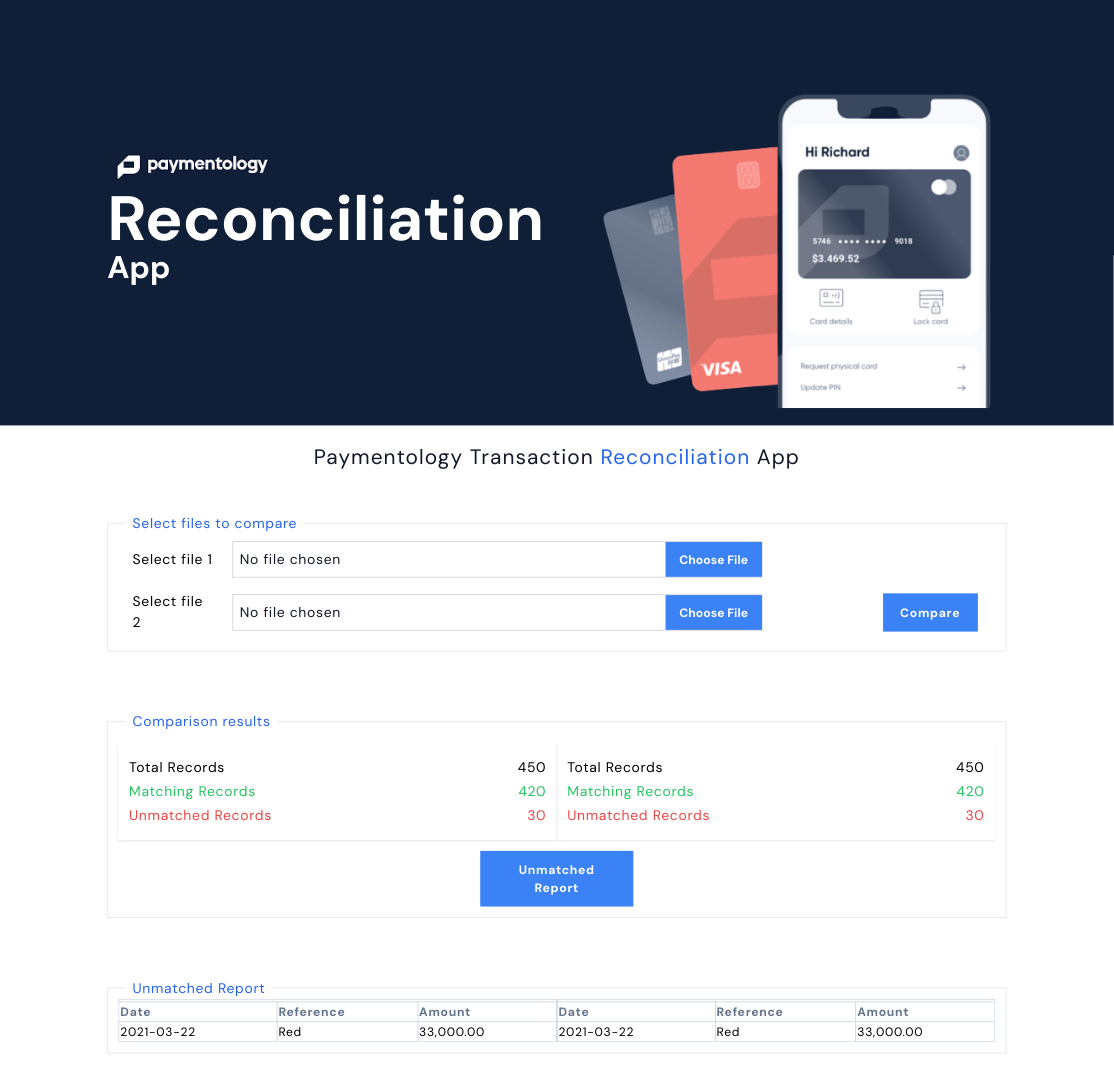
Repository: chionye/paymentology-front
Page: /
An editor plug-in stored every save of this project. The page is shown before and after the next save, followed by the edit.
The browser window is 1280 px wide. The pictures show the whole page, at 87% of full size.
The project was rebuilt for these pictures with package versions that can differ from the ones it lists, and the page was loaded fresh each time.

Above is the page before, as saved 2022-03-20 13:50:08.

After the next save:
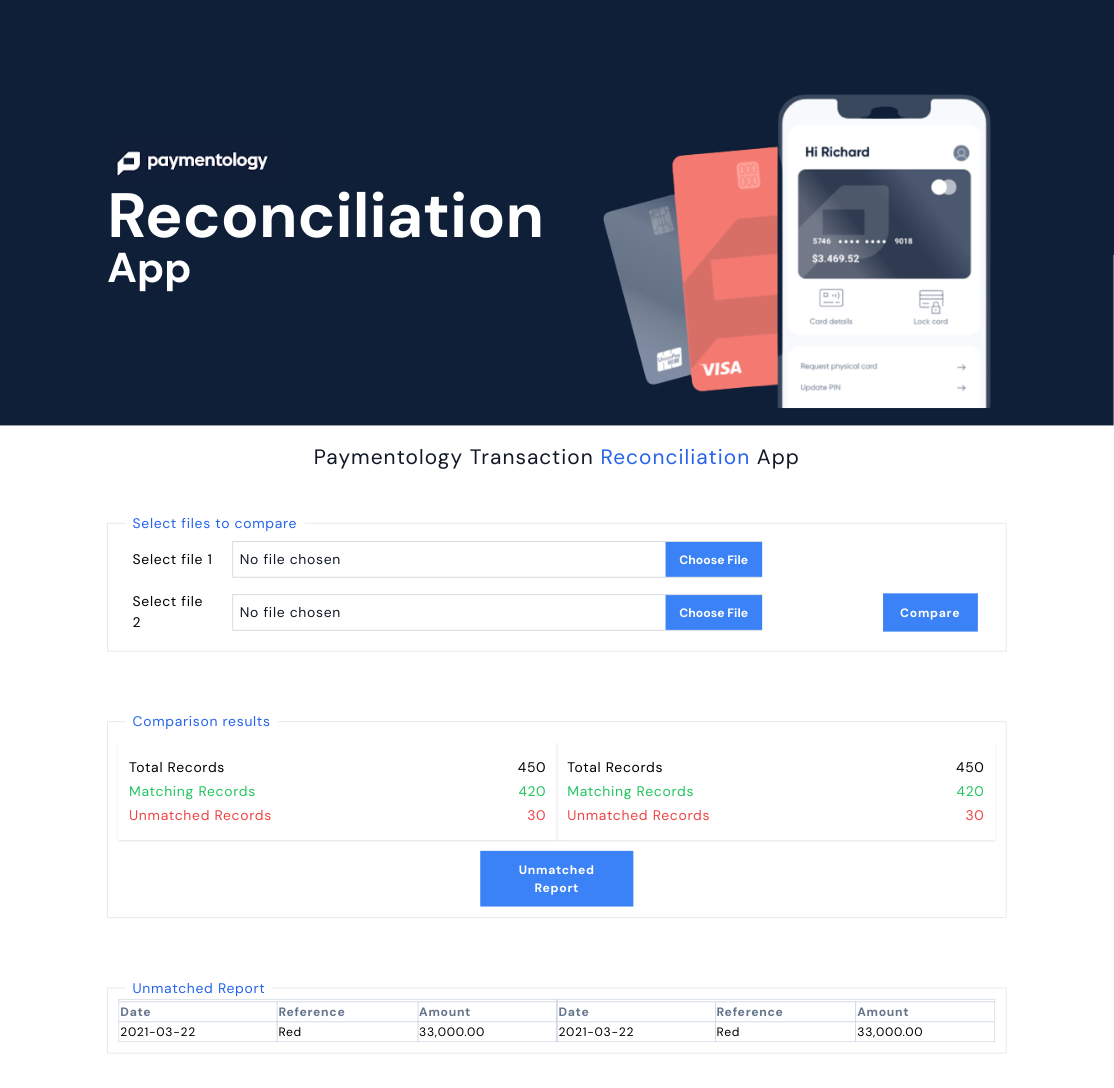
Saved 36 s later.
--- a/src/components/Banner.js
+++ b/src/components/Banner.js
@@ -12,7 +12,7 @@ const Banner = () => {
                     <div className="w-1/2 text-white  font-bold">
                         <img className="" src={Logo}  alt="Paymentology Logo"/>
                         <h1 className="text-7xl">Reconciliation </h1>
-                        <span className="text-4xl">App</span>
+                        <span className="text-5xl">App</span>
                     </div>
                     <div className="w-1/2 ">
                         <img src={BannerImg} alt="Banner" />
